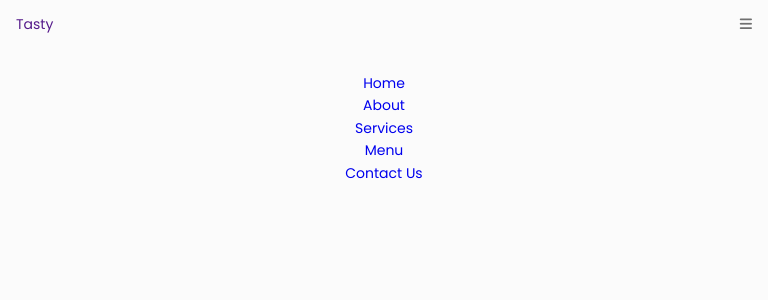
Repository: dinhhaidh/Tasty
Page: index.html
These files come from the project's save history. The page is drawn as it stood at one moment and after the next save; the edit follows.
The browser window is 768 px wide. The pictures show the whole page.

Above is the page before, as saved 2023-12-30 21:15:19.

### index.html
<!DOCTYPE html>
<html lang="en">
<head>
    <meta charset="UTF-8">
    <meta name="viewport" content="width=device-width, initial-scale=1.0">
    <title>Document</title>
    <!-- <link href='https://unpkg.com/boxicons@2.1.4/css/boxicons.min.css' rel='stylesheet'> -->
    <link rel="stylesheet" href="https://cdnjs.cloudflare.com/ajax/libs/font-awesome/6.5.1/css/all.min.css">
    <link rel="stylesheet" href="style.css">

</head>
<body>
    <header class="l-header" id="header">
        <nav class="nav bd-container">
            <a href="" class="nav__logo">Tasty</a>

            <div class="nav__menu" id="nav-menu">
                <ul class="nav__list">
                    <li class="nav__item"><a href="#home" class="nav__link">Home</a></li>
                    <li class="nav__item"><a href="#about" class="nav__link">About</a></li>
                    <li class="nav__item"><a href="#services" class="nav__link">Services</a></li>
                    <li class="nav__item"><a href="#menu" class="nav__link">Menu</a></li>
                    <li class="nav__item"><a href="#contact" class="nav__link">Contact Us</a></li>
                </ul>
            </div>
            <div class="nav__toggle" id="nav-toggle">
                <!-- <box-icon name='menu'></box-icon> -->
                <i class="fa-solid fa-bars"></i>
            </div>
        </nav>
    </header>
    <header class="l-main"></header>
    <footer class="footer section bd-container">

    </footer>
    <!-- <script src="https://unpkg.com/scrollreveal"></script> -->
    <script src="https://code.jquery.com/jquery-3.7.1.js"></script>
    <script src="./js/main.js"></script>
</body>
</html>

### style.css
@import url('https://fonts.googleapis.com/css2?family=Poppins:wght@400;500;600&display=swap');

:root{
    --header-height: 3rem;

    --frist-color: ##069c54;
    --frist-color-alt: #048654;
    --title-color: #393939;
    --text-color: #707070;
    --text-color-light: #a6a6a6;
    --body-color: #fbfbfb;
    --container-color: #ffffff;


    /* font and typography */
    --body-font: 'Poppins', sans-serif;;
    --biggest-font-size: 2.25rem;
    --h1-font-size: 1.5rem;
    --h2-font-size: 1.25rm;
    --h3-font-size: 1rem;
    --nomal-font-size: .938rem;
    --smaller-font-size: .75rem;


    /* font weight */
    --font-medium: 500;
    --font-semi-bold: 600;

    /* margin */
    --mb-1: 5rem;
    --mb-2: 1rem;
    --mb-3: 1.5rem;
    --mb-4: 2rem;
    --mb-5: 2.5rem;
    --mb-6: 3rem;

    --z-tooltip: 10;
    --z-fixed: 100;

}
@media screen and (min-width: 768px) {
    :root{
        --biggest-font-size: 4rem;
        --h1-font-size: 2.5rem;
        --h2-font-size: 1.5rm;
        --h3-font-size: 1.25rem;
        --nomal-font-size: .875rem;
        --smaller-font-size: .813rem;
    }
}

/* base */
*,::before,::after{
    box-sizing: border-box;
}
html{
    scroll-behavior: smooth;
}
body{
    margin: var(--header-height) 0 0 0;
    font-family: var(--body-font);
    font-size: var(--nomal-font-size);
    background-color: var(--body-color);
    color: var(--text-color);
    line-height: 1.6;
}
h1,h2,h3,h3,p,ul{
    margin: 0;
}
ul{
    padding: 0;
    list-style: none;
}
a{
    text-decoration: none;
}
img{
    max-width: 100%;
    height: auto;
}

/* css */
.section{
    padding: 4rem 0 2rem;
}
.section-title, .section-subtitle{
    text-align: center;
}
.section-title{
    font-size: var(--h1-font-size);
    color: var(--title-color);
    margin-bottom: var(--mb-3);
}
.section-subtitle{
    display: block;
    color: var(--frist-color);
    font-weight: var(--font-medium);
    margin-bottom: var(--mb-1);
}

.bd-container{
    max-width: 960px;
    width: calc(100% - 2rem);
    margin-left: var(--mb-2);
    margin-right: var(--mb-2);
}
.bd-grid{
    display: grid;
    gap: 1.5rem;
}

.l-header{
    width: 100%;
    position: fixed;
    top: 0;
    left: 0;
    z-index: var(--z-fixed);
    background-color: var(--body-color);
}

.nav{
    max-width: 1024px;
    height: var(--header-height);
    display: flex;
    justify-content: space-between;
    align-items: center;
}

@media screen and (max-width: 768px) {
    .nav__menu{
        position: fixed;
        top: var(--header-height);
        left: 0;
        width: 100%;
        padding: 1.5rem 0 1rem;
        text-align: center;
        background-color: var(--body-color);
        transform: .4s;
        box-shadow: 0 ;
    }
}

Loaded but not shown: js/main.js (no copy from this time; the picture is the same without it)

After the next save:
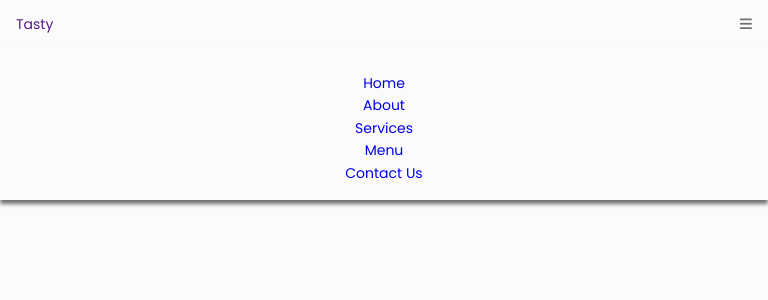
Saved 4 s later.
--- a/style.css
+++ b/style.css
@@ -136,6 +136,6 @@ img{
         text-align: center;
         background-color: var(--body-color);
         transform: .4s;
-        box-shadow: 0 ;
+        box-shadow: 0 4px 4px ;
     }
 }
